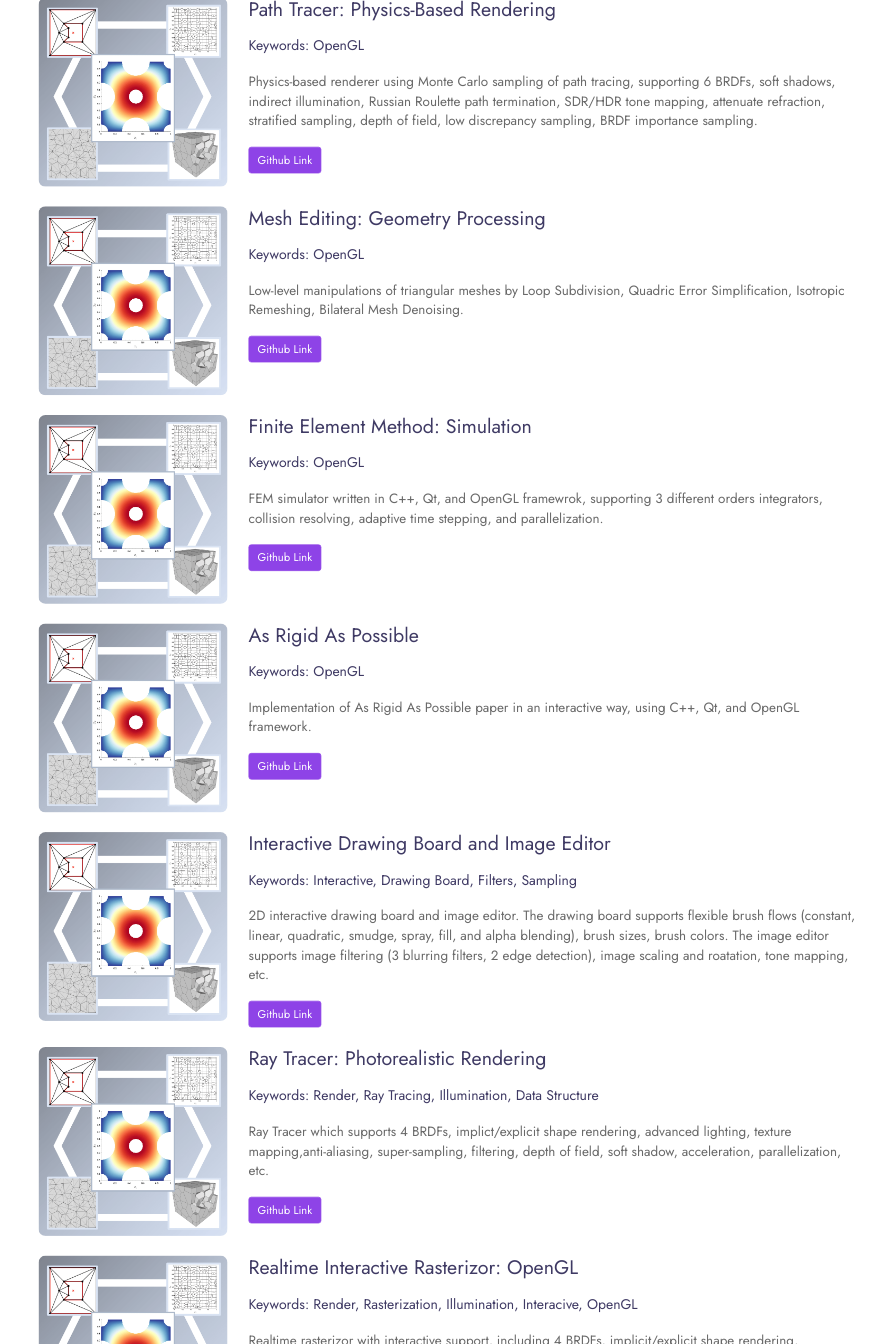
Repository: Junyu-Liu-Nate/junyu-liu-nate.github.io
Page: project.html
An editor plug-in stored every save of this project. The page is shown before and after the next save, followed by the edit.
The browser window is 1280 px wide. The pictures show the part of the page from y = 744 to 2664 px (the page is 3057 px tall), at 70% of full size.

Above is the page before, as saved 2024-04-10 19:13:41.
Console error: TypeError: Cannot read properties of null (reading 'classList')

### project.html
<!--
Author: Junyu Liu
Author: W3layouts
Author URL: http://w3layouts.com
-->
<!doctype html>
<html lang="en">

<head>
  <!-- Required meta tags -->
  <meta charset="utf-8">
  <meta name="viewport" content="width=device-width, initial-scale=1, shrink-to-fit=no">

  <title>Junyu Liu - Projects</title>

  <!-- google fonts -->
  <link href="//fonts.googleapis.com/css2?family=Jost:wght@300;400;600&display=swap" rel="stylesheet">

  <!-- Template CSS -->
  <link rel="stylesheet" href="assets/css/style-starter.css">
</head>

<body>
<!-- header -->
<header id="site-header" class="fixed-top">
  <div class="container">
      <nav class="navbar navbar-expand-lg stroke">
          <a class="navbar-brand" href="index.html">
              <span class="fa fa-laptop"></span> Junyu Liu
          </a>
          <!-- if logo is image enable this
      <a class="navbar-brand" href="#index.html">
          <img src="image-path" alt="Your logo" title="Your logo" style="height:35px;" />
      </a> -->
          <button class="navbar-toggler  collapsed bg-gradient" type="button" data-toggle="collapse"
              data-target="#navbarTogglerDemo02" aria-controls="navbarTogglerDemo02" aria-expanded="false"
              aria-label="Toggle navigation">
              <span class="navbar-toggler-icon fa icon-expand fa-bars"></span>
              <span class="navbar-toggler-icon fa icon-close fa-times"></span>
              </span>
          </button>

          <div class="collapse navbar-collapse" id="navbarTogglerDemo02">
            <ul class="navbar-nav ml-auto">
                <li class="nav-item active">
                    <a class="nav-link" href="index.html">Home <span class="sr-only">(current)</span></a>
                </li>
                <li class="nav-item @@research_active">
                    <a class="nav-link" href="research.html">Research</a>
                </li>
                <li class="nav-item @@project_active">
                  <a class="nav-link" href="project.html">Project</a>
                </li>
                <li class="nav-item @@service_active">
                  <a class="nav-link" href="service.html">Service</a>
                </li>
                <li class="nav-item @@art_active">
                    <a class="nav-link" href="art.html">Art</a>
                </li>
            </ul>
        </div>
          <!-- toggle switch for light and dark theme -->
          <div class="mobile-position">
              <nav class="navigation">
                  <div class="theme-switch-wrapper">
                      <label class="theme-switch" for="checkbox">
                          <input type="checkbox" id="checkbox">
                          <div class="mode-container">
                              <i class="gg-sun"></i>
                              <i class="gg-moon"></i>
                          </div>
                      </label>
                  </div>
              </nav>
          </div>
          <!-- //toggle switch for light and dark theme -->
      </nav>
  </div>
</header>
<!-- //header -->

<!-- about breadcrumb -->
<section class="w3l-about-breadcrumb text-center">
    <div class="breadcrumb-bg breadcrumb-bg-about py-sm-5 py-4">
        <div class="container py-2">
            <h2 class="title">Code Projects</h2>
            <ul class="breadcrumbs-custom-path mt-2">
                <li><a href="index.html">Home</a></li>
                <li class="active"><span class="fa fa-arrow-right mx-2" aria-hidden="true"></span> Code Projects </li>
            </ul>
            <br>
            <h5>Selection of my implementation of papers/algorithms, tools, course projects, and all other fun implementations.</h5>
        </div>
    </div>
</section>
<!-- //about breadcrumb -->

<!-- about page about section -->
<section class="w3l-aboutblock1" id="about">
    <div class="midd-w3 py-5">
        <div class="container py-lg-5 py-md-3">
              <div class="row">
                <div class="col-lg-3">
                  <div class="position-relative">
                      <img src="assets/images/project/thumnail/port-FEM-vs-VEM.png" alt="" class="radius-image img-fluid">
                  </div>
                </div>
                <div class="col-lg-9 mt-lg-0 mt-5">
                    <!-- <h5 class="title-small mb-2">Hello, I am UI/UX Designer</h5> -->
                    <h3 class="title">Realtime Interactive Particle System and Procedural Terrain Modeling</h3>
                    <br>
                    <h5>Keywords: OpenGL</h5>
                    <br>
                    <p>
                      Realtime simulation for nature, which includes particle systems for snow simulation, procedural generation algorithms for terrain, physics-based dynamic systems for snow-terrain interaction, and a dynamic weather system.
                    </p>
                    <br>
                    <div>
                      <a href="https://github.com/Junyu-Liu-Nate/Realtime-Interactive-Particle-System-Procedural-Modeling-OpenGL" class="btn btn-primary">Github Link</a>
                    </div>
                </div>
            </div>

            <p><br></p>

            <div class="row">
              <div class="col-lg-3">
                <div class="position-relative">
                    <img src="assets/images/project/thumnail/port-FEM-vs-VEM.png" alt="" class="radius-image img-fluid">
                </div>
              </div>
              <div class="col-lg-9 mt-lg-0 mt-5">
                  <!-- <h5 class="title-small mb-2">Hello, I am UI/UX Designer</h5> -->
                  <h3 class="title">Path Tracer: Physics-Based Rendering</h3>
                  <br>
                  <h5>Keywords: OpenGL</h5>
                  <br>
                  <p>
                    Physics-based renderer using Monte Carlo sampling of path tracing, supporting 6 BRDFs, soft shadows, indirect illumination, Russian Roulette path termination, SDR/HDR tone mapping, attenuate refraction, stratified sampling, depth of field, low discrepancy sampling, BRDF importance sampling.
                  </p>
                  <br>
                  <div>
                    <a href="https://github.com/Junyu-Liu-Nate/Path-Tracer-Physics-Based-Rendering" class="btn btn-primary">Github Link</a>
                  </div>
              </div>
            </div>

            <p><br></p>

            <div class="row">
              <div class="col-lg-3">
                <div class="position-relative">
                    <img src="assets/images/project/thumnail/port-FEM-vs-VEM.png" alt="" class="radius-image img-fluid">
                </div>
              </div>
              <div class="col-lg-9 mt-lg-0 mt-5">
                  <!-- <h5 class="title-small mb-2">Hello, I am UI/UX Designer</h5> -->
                  <h3 class="title">Mesh Editing: Geometry Processing</h3>
                  <br>
                  <h5>Keywords: OpenGL</h5>
                  <br>
                  <p>
                    Low-level manipulations of triangular meshes by Loop Subdivision, Quadric Error Simplification, Isotropic Remeshing, Bilateral Mesh Denoising.
                  </p>
                  <br>
                  <div>
                    <a href="https://github.com/Junyu-Liu-Nate/Mesh-Editing-Geometry-Processing" class="btn btn-primary">Github Link</a>
                  </div>
              </div>
            </div>

            <p><br></p>

            <div class="row">
              <div class="col-lg-3">
                <div class="position-relative">
                    <img src="assets/images/project/thumnail/port-FEM-vs-VEM.png" alt="" class="radius-image img-fluid">
                </div>
              </div>
              <div class="col-lg-9 mt-lg-0 mt-5">
                  <!-- <h5 class="title-small mb-2">Hello, I am UI/UX Designer</h5> -->
                  <h3 class="title">Finite Element Method: Simulation</h3>
                  <br>
                  <h5>Keywords: OpenGL</h5>
                  <br>
                  <p>
                    FEM simulator written in C++, Qt, and OpenGL framewrok, supporting 3 different orders integrators, collision resolving, adaptive time stepping, and parallelization.
                  </p>
                  <br>
                  <div>
                    <a href="https://github.com/Junyu-Liu-Nate/Finite-Element-Method-Simulation" class="btn btn-primary">Github Link</a>
                  </div>
              </div>
            </div>

            <p><br></p>

            <div class="row">
              <div class="col-lg-3">
                <div class="position-relative">
                    <img src="assets/images/project/thumnail/port-FEM-vs-VEM.png" alt="" class="radius-image img-fluid">
                </div>
              </div>
              <div class="col-lg-9 mt-lg-0 mt-5">
                  <!-- <h5 class="title-small mb-2">Hello, I am UI/UX Designer</h5> -->
                  <h3 class="title">As Rigid As Possible</h3>
                  <br>
                  <h5>Keywords: OpenGL</h5>
                  <br>
                  <p>
                    Implementation of As Rigid As Possible paper in an interactive way, using C++, Qt, and OpenGL framework.
                  </p>
                  <br>
                  <div>
                    <a href="https://github.com/Junyu-Liu-Nate/As-Rigid-As-Possible" class="btn btn-primary">Github Link</a>
                  </div>
              </div>
            </div>

            <p><br></p>

            <div class="row">
              <div class="col-lg-3">
                <div class="position-relative">
                    <img src="assets/images/project/thumnail/port-FEM-vs-VEM.png" alt="" class="radius-image img-fluid">
                </div>
              </div>
              <div class="col-lg-9 mt-lg-0 mt-5">
                  <!-- <h5 class="title-small mb-2">Hello, I am UI/UX Designer</h5> -->
                  <h3 class="title">Interactive Drawing Board and Image Editor</h3>
                  <br>
                  <h5>Keywords: Interactive, Drawing Board, Filters, Sampling</h5>
                  <br>
                  <p>
                    2D interactive drawing board and image editor. The drawing board supports flexible brush flows (constant, linear, quadratic, smudge, spray, fill, and alpha blending), brush sizes, brush colors. The image editor supports image filtering (3 blurring filters, 2 edge detection), image scaling and roatation, tone mapping, etc.
                  </p>
                  <br>
                  <div>
                    <a href="https://github.com/Junyu-Liu-Nate/Interactive-Drawing-Board-and-Image-Editor" class="btn btn-primary">Github Link</a>
                  </div>
              </div>
            </div>

            <p><br></p>

            <div class="row">
              <div class="col-lg-3">
                <div class="position-relative">
                    <img src="assets/images/project/thumnail/port-FEM-vs-VEM.png" alt="" class="radius-image img-fluid">
                </div>
              </div>
              <div class="col-lg-9 mt-lg-0 mt-5">
                  <!-- <h5 class="title-small mb-2">Hello, I am UI/UX Designer</h5> -->
                  <h3 class="title">Ray Tracer: Photorealistic Rendering</h3>
                  <br>
                  <h5>Keywords: Render, Ray Tracing, Illumination, Data Structure</h5>
                  <br>
                  <p>
                    Ray Tracer which supports 4 BRDFs, implict/explicit shape rendering, advanced lighting, texture mapping,anti-aliasing, super-sampling, filtering, depth of field, soft shadow, acceleration, parallelization, etc.
                  </p>
                  <br>
                  <div>
                    <a href="https://github.com/Junyu-Liu-Nate/Ray-Tracer-Photorealistic-Rendering" class="btn btn-primary">Github Link</a>
                  </div>
              </div>
            </div>

            <p><br></p>

            <div class="row">
              <div class="col-lg-3">
                <div class="position-relative">
                    <img src="assets/images/project/thumnail/port-FEM-vs-VEM.png" alt="" class="radius-image img-fluid">
                </div>
              </div>
              <div class="col-lg-9 mt-lg-0 mt-5">
                  <!-- <h5 class="title-small mb-2">Hello, I am UI/UX Designer</h5> -->
                  <h3 class="title">Realtime Interactive Rasterizor: OpenGL</h3>
                  <br>
                  <h5>Keywords: Render, Rasterization, Illumination, Interacive, OpenGL</h5>
                  <br>
                  <p>
                    Realtime rasterizor with interactive support, including 4 BRDFs, implicit/explicit shape rendering, interactive camera movements, FBO, texture mapping, FXAA, adaptive level of detail, etc.
                  </p>
                  <br>
                  <div>
                    <a href="https://github.com/Junyu-Liu-Nate/Realtime-Interactive-Rasterizor-OpenGL" class="btn btn-primary">Github Link</a>
                  </div>
              </div>
            </div>

            <p><br></p>
        </div>

    </div>
    </div>
    </div>
</section>
<!-- //about page about section -->

<!-- about page third section -->
<!-- <section class="w3l-content-6 py-5">
    <div class="content-6-mian py-lg-5 py-md-4">
        <div class="container">
            <div class="content-info-in row">
                <div class="content-gd col-lg-6">
                    <h3 class="title-big mb-4">My Research Journey</h3>
                    <p>
                      I began with several Human-Computer Interaction works, focusing on (semi-)autonomous vehicles, with an exploration in interactive toolkit designs, privacy protection techniques, and multi-modal predictions of statistics.
                      <br><br>

                      I pusue my love of Computer Graphics and dig deeper into Physics-based character animation, Geometry Processing, and Simulation. Now, my main interest is Geometry Processing and Digital Fabrication.
                    </p>
                </div>
                <div class="content-gd col-lg-4 offset-lg-1">
                    <br><br><br>
                    <h5><b>Project Topic Coverage</b></h5><br>
                    <div class="progress-info">
                        <h6 class="progress-tittle">Computer Graphics</h6>
                        <div class="progress">
                            <div class="progress-bar progress-bar-striped" role="progressbar" style="width: 36%"
                                aria-valuenow="36" aria-valuemin="0" aria-valuemax="100">
                            </div>
                        </div>
                    </div>
                    <div class="progress-info">
                        <h6 class="progress-tittle">Machine Learning
                        </h6>
                        <div class="progress">
                            <div class="progress-bar progress-bar-striped" role="progressbar" style="width: 55%"
                                aria-valuenow="55" aria-valuemin="0" aria-valuemax="100">
                            </div>
                        </div>
                    </div>
                    <div class="progress-info">
                        <h6 class="progress-tittle">Human-Computer-Interaction</h6>
                        <div class="progress">
                            <div class="progress-bar progress-bar-striped" role="progressbar" style="width: 64%"
                                aria-valuenow="64" aria-valuemin="0" aria-valuemax="100">
                            </div>
                        </div>
                    </div>
                </div>
            </div>
        </div>
    </div>
</section> -->
<!-- about page third section -->

<!-- Footer -->
<section class="w3l-footer py-sm-5 py-4">
  <div class="container">
    <div class="footer-content">
      <div class="row">
        <div class="col-lg-8 footer-left">
          <p class="m-0">Junyu Liu © Copyright 2023. (Acknowledge: Template originally designed by <a href="https://w3layouts.com">W3layouts</a>)</p>
        </div>
        <div class="col-lg-4 footer-right text-lg-right text-center mt-lg-0 mt-3">
          <ul class="social m-0 p-0">
            <li><a href="#facebook"><span class="fa fa-facebook-official"></span></a></li>
            <li><a href="#linkedin"><span class="fa fa-linkedin-square"></span></a></li>
            <li><a href="#instagram"><span class="fa fa-instagram"></span></a></li>
            <li><a href="#twitter"><span class="fa fa-twitter"></span></a></li>
          </ul>
        </div>
      </div>
    </div>
  </div>

  <!-- move top -->
  <button onclick="topFunction()" id="movetop" title="Go to top">
    <span class="fa fa-angle-up"></span>
  </button>
  <script>
    // When the user scrolls down 20px from the top of the document, show the button
    window.onscroll = function () {
      scrollFunction()
    };

    function scrollFunction() {
      if (document.body.scrollTop > 20 || document.documentElement.scrollTop > 20) {
        document.getElementById("movetop").style.display = "block";
      } else {
        document.getElementById("movetop").style.display = "none";
      }
    }

    // When the user clicks on the button, scroll to the top of the document
    function topFunction() {
      document.body.scrollTop = 0;
      document.documentElement.scrollTop = 0;
    }
  </script>
  <!-- /move top -->
</section>
<!-- //Footer -->

<!-- all js scripts and files here -->

<script src="assets/js/theme-change.js"></script><!-- theme switch js (light and dark)-->

<script src="assets/js/jquery-3.3.1.min.js"></script><!-- default jQuery -->

<!-- /typig-text-->
<script>
  const typedTextSpan = document.querySelector(".typed-text");
  const cursorSpan = document.querySelector(".cursor");

  const textArray = ["UI/UX Designer", "Freelancer", "Web developer"];
  const typingDelay = 200;
  const erasingDelay = 10;
  const newTextDelay = 100; // Delay between current and next text
  let textArrayIndex = 0;
  let charIndex = 0;

  function type() {
    if (charIndex < textArray[textArrayIndex].length) {
      if (!cursorSpan.classList.contains("typing")) cursorSpan.classList.add("typing");
      typedTextSpan.textContent += textArray[textArrayIndex].charAt(charIndex);
      charIndex++;
      setTimeout(type, typingDelay);
    } else {
      cursorSpan.classList.remove("typing");
      setTimeout(erase, newTextDelay);
    }
  }

  function erase() {
    if (charIndex > 0) {
      // add class 'typing' if there's none
      if (!cursorSpan.classList.contains("typing")) {
        cursorSpan.classList.add("typing");
      }
      typedTextSpan.textContent = textArray[textArrayIndex].substring(0, 0);
      charIndex--;
      setTimeout(erase, erasingDelay);
    } else {
      cursorSpan.classList.remove("typing");
      textArrayIndex++;
      if (textArrayIndex >= textArray.length) textArrayIndex = 0;
      setTimeout(type, typingDelay);
    }
  }

  document.addEventListener("DOMContentLoaded", function () { // On DOM Load initiate the effect
    if (textArray.length) setTimeout(type, newTextDelay + 250);
  });
</script>
<!-- //typig-text-->

<!-- services owlcarousel -->
<script src="assets/js/owl.carousel.js"></script>

<!-- script for services -->
<script>
  $(document).ready(function () {
    $('.owl-two').owlCarousel({
      loop: true,
      margin: 30,
      nav: false,
      responsiveClass: true,
      autoplay: false,
      autoplayTimeout: 5000,
      autoplaySpeed: 1000,
      autoplayHoverPause: false,
      responsive: {
        0: {
          items: 1,
          nav: false
        },
        480: {
          items: 1,
          nav: false
        },
        700: {
          items: 1,
          nav: false
        },
        1090: {
          items: 3,
          nav: false
        }
      }
    })
  })
</script>
<!-- //script for services -->

<!-- script for tesimonials carousel slider -->
<script>
  $(document).ready(function () {
    $("#owl-demo1").owlCarousel({
      loop: true,
      margin: 20,
      nav: false,
      responsiveClass: true,
      responsive: {
        0: {
          items: 1,
          nav: false
        },
        736: {
          items: 1,
          nav: false
        },
        1000: {
          items: 2,
          nav: false,
          loop: false
        }
      }
    })
  })
</script>
<!-- //script for tesimonials carousel slider -->

<!-- video popup -->
<script src="assets/js/jquery.magnific-popup.min.js"></script>
<script>
  $(document).ready(function () {
    $('.popup-with-zoom-anim').magnificPopup({
      type: 'inline',

      fixedContentPos: false,
      fixedBgPos: true,

      overflowY: 'auto',

      closeBtnInside: true,
      preloader: false,

      midClick: true,
      removalDelay: 300,
      mainClass: 'my-mfp-zoom-in'
    });

    $('.popup-with-move-anim').magnificPopup({
      type: 'inline',

      fixedContentPos: false,
      fixedBgPos: true,

      overflowY: 'auto',

      closeBtnInside: true,
      preloader: false,

      midClick: true,
      removalDelay: 300,
      mainClass: 'my-mfp-slide-bottom'
    });
  });
</script>
<!-- //video popup -->

<!-- stats number counter-->
<script src="assets/js/jquery.waypoints.min.js"></script>
<script src="assets/js/jquery.countup.js"></script>
<script>
  $('.counter').countUp();
</script>
<!-- //stats number counter -->

<!-- disable body scroll which navbar is in active -->
<script>
  $(function () {
    $('.navbar-toggler').click(function () {
      $('body').toggleClass('noscroll');
    })
  });
</script>
<!-- disable body scroll which navbar is in active -->

<!--/MENU-JS-->
<script>
  $(window).on("scroll", function () {
    var scroll = $(window).scrollTop();

    if (scroll >= 80) {
      $("#site-header").addClass("nav-fixed");
    } else {
      $("#site-header").removeClass("nav-fixed");
    }
  });

  //Main navigation Active Class Add Remove
  $(".navbar-toggler").on("click", function () {
    $("header").toggleClass("active");
  });
  $(document).on("ready", function () {
    if ($(window).width() > 991) {
      $("header").removeClass("active");
    }
    $(window).on("resize", function () {
      if ($(window).width() > 991) {
        $("header").removeClass("active");
      }
    });
  });
</script>
<!--//MENU-JS-->

<!-- bootstrap js -->
<script src="assets/js/bootstrap.min.js"></script>

</body>

</html>

Loaded but not shown: assets/css/style-starter.css (library); assets/js/theme-change.js (common file); assets/js/jquery-3.3.1.min.js (library); assets/js/owl.carousel.js (library); assets/js/jquery.magnific-popup.min.js (library); assets/js/jquery.waypoints.min.js (library); assets/js/jquery.countup.js (common file); assets/js/bootstrap.min.js (library)

After the next save:
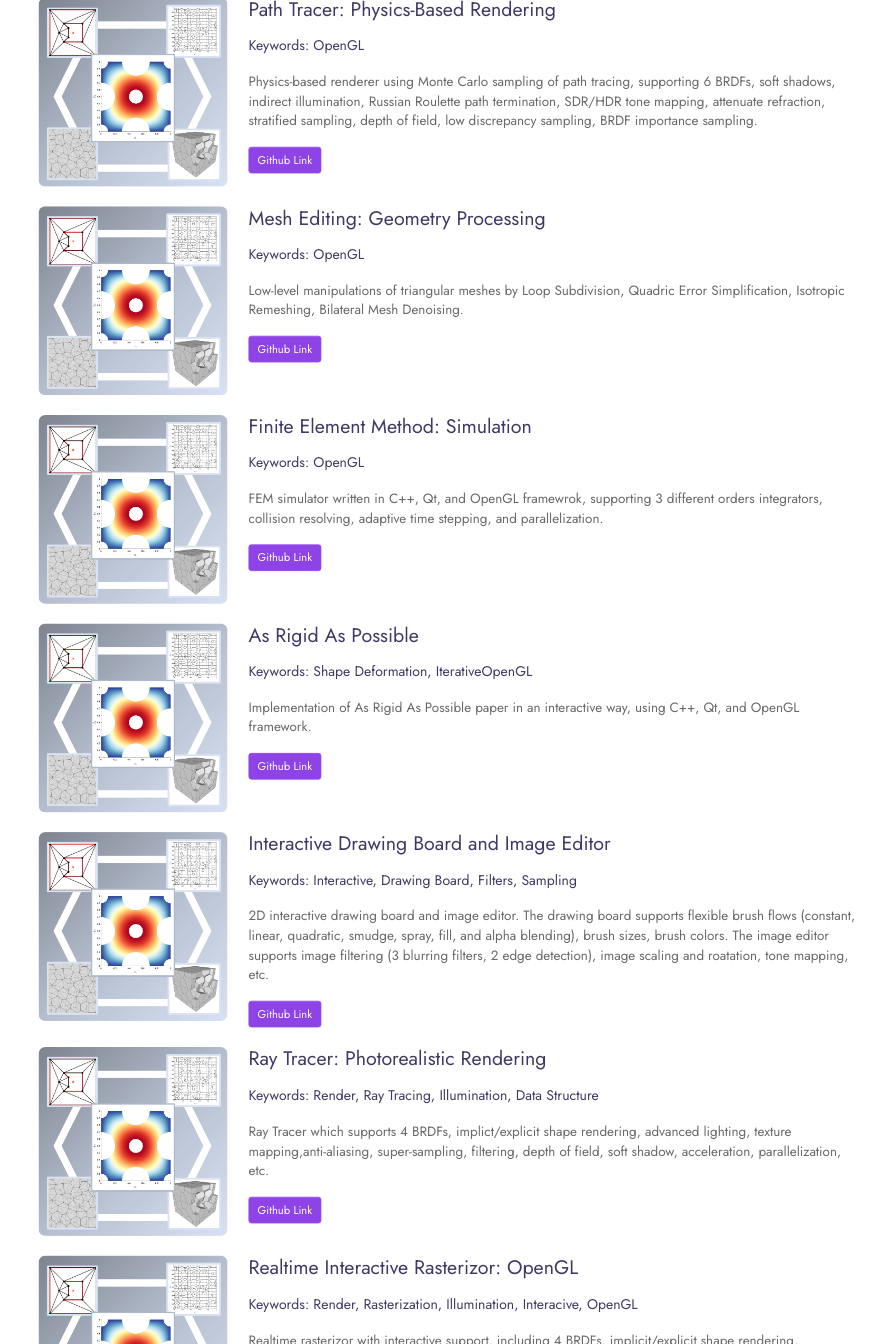
Saved 18 s later.
--- a/project.html
+++ b/project.html
@@ -205,7 +205,7 @@ Author URL: http://w3layouts.com
                   <!-- <h5 class="title-small mb-2">Hello, I am UI/UX Designer</h5> -->
                   <h3 class="title">As Rigid As Possible</h3>
                   <br>
-                  <h5>Keywords: OpenGL</h5>
+                  <h5>Keywords: Shape Deformation, IterativeOpenGL</h5>
                   <br>
                   <p>
                     Implementation of As Rigid As Possible paper in an interactive way, using C++, Qt, and OpenGL framework.
